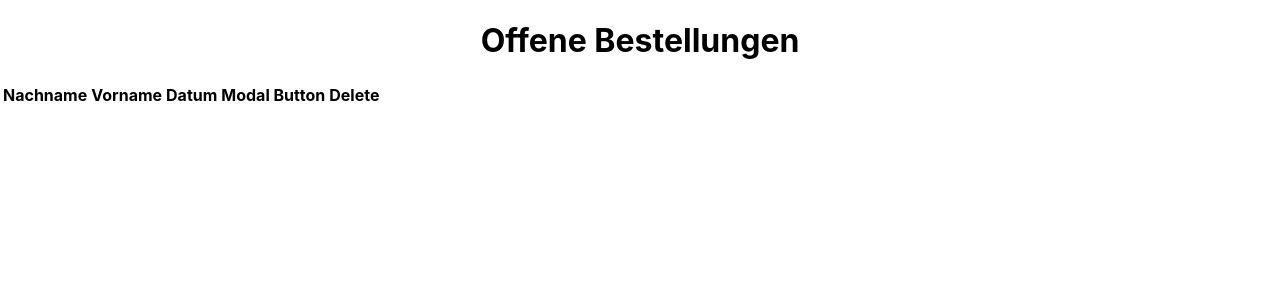
Repository: Esatollah/MedDemo
Page: /bestellungen (app in client/)
An editor plug-in stored every save of this project. The page is shown before and after the next save, followed by the edit.
The browser window is 1280 px wide. The pictures show the whole page.
The page's requests for data from a server got no answer. The project was rebuilt for these pictures with package versions that can differ from the ones it lists, and the page was loaded fresh each time. No one was signed in, and anything a server would have sent is missing. Also part of the build but not shown: client/src/App.css, client/src/components/Form.jsx, client/src/Routes/Search.jsx.

Above is the page before, as saved 2022-06-07 15:42:58.

After the next save:
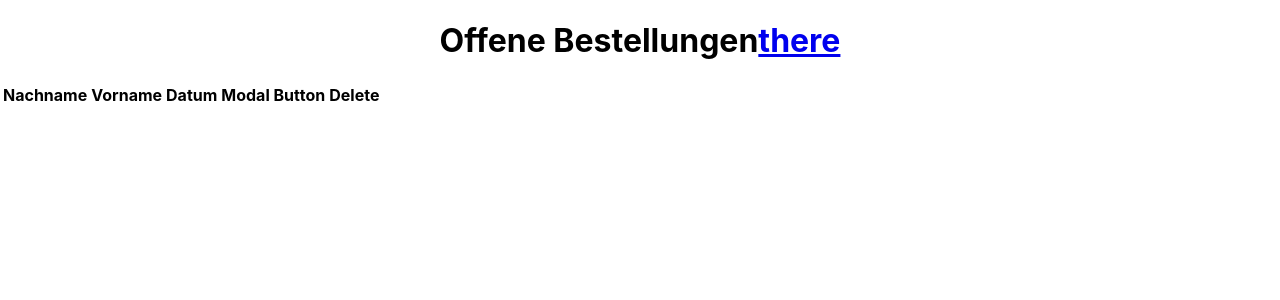
Saved 27 s later.
--- a/client/src/Routes/Bestellungen.jsx
+++ b/client/src/Routes/Bestellungen.jsx
@@ -38,7 +38,7 @@ const Bestellungen = () => {
 
   return (
     <div>
-      <h1>Offene Bestellungen </h1>
+      <h1>Offene Bestellungen <a href='/'>there</a></h1>
       <table>
         <thead>
           <tr>
